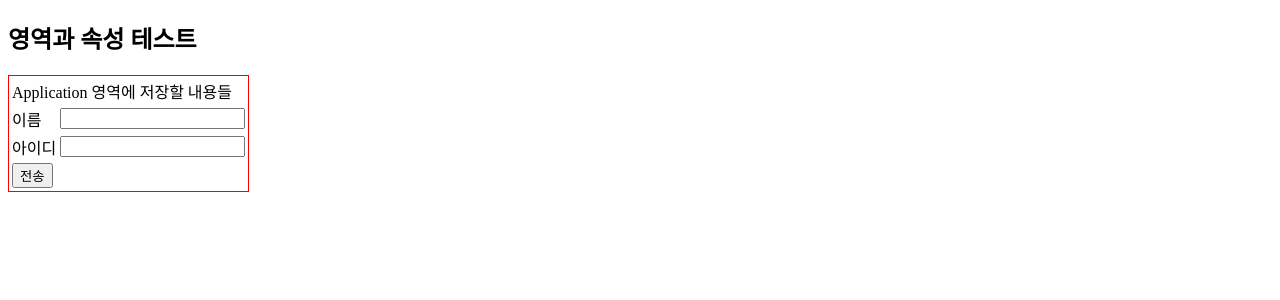
Repository: BancaKim/teamproject4
Page: http://localhost/JspDay3/JSPTEST2/dataTest1.jsp
An editor plug-in stored every save of this project. The page is shown before and after the next save, followed by the edit.
The browser window is 1280 px wide. The pictures show the whole page.
The page is served by Tomcat 9.

Above is the page before, as saved 2024-05-02 00:34:07.

### JspDay3/src/main/webapp/JSPTEST2/dataTest1.jsp
<%@ page language="java" contentType="text/html; charset=UTF-8"
    pageEncoding="UTF-8"%>
<!DOCTYPE html>
<html>
<head>
<meta charset="UTF-8">
<title>Insert title here</title>
</head>
<body>
	<h2>영역과 속성 테스트</h2>
	<form>
	<table style="border: 1px solid red">
		<tr>
			<td colspan="2">Application 영역에 저장할 내용들</td>
		</tr>
		<tr>
			<td>이름</td>
			<td><input type="text"></td>
		</tr>
		<tr>
			<td>아이디</td>
			<td><input type="text"></td>
		</tr>
		<tr>
			<td colspan="2"><input type="submit" value="전송"></td>
		</tr>
</table>


</form>
</body>
</html>

After the next save:
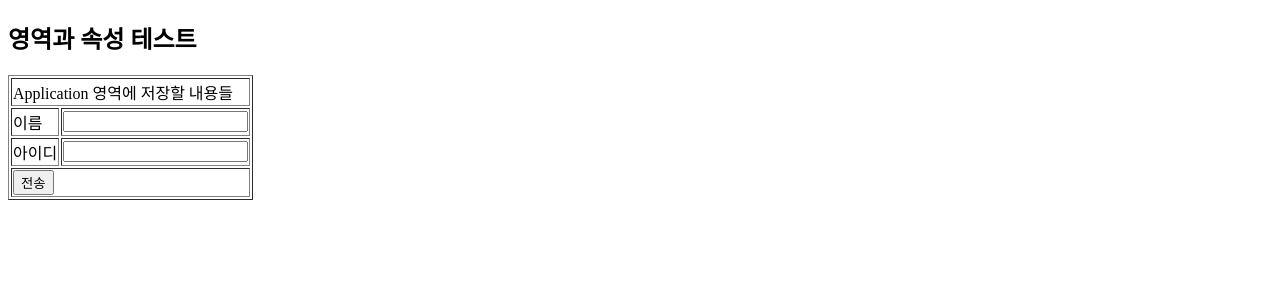
Saved 88 s later.
--- a/JspDay3/src/main/webapp/JSPTEST2/dataTest1.jsp
+++ b/JspDay3/src/main/webapp/JSPTEST2/dataTest1.jsp
@@ -9,7 +9,7 @@
 <body>
 	<h2>영역과 속성 테스트</h2>
 	<form>
-	<table style="border: 1px solid red">
+	<table border=1>
 		<tr>
 			<td colspan="2">Application 영역에 저장할 내용들</td>
 		</tr>
